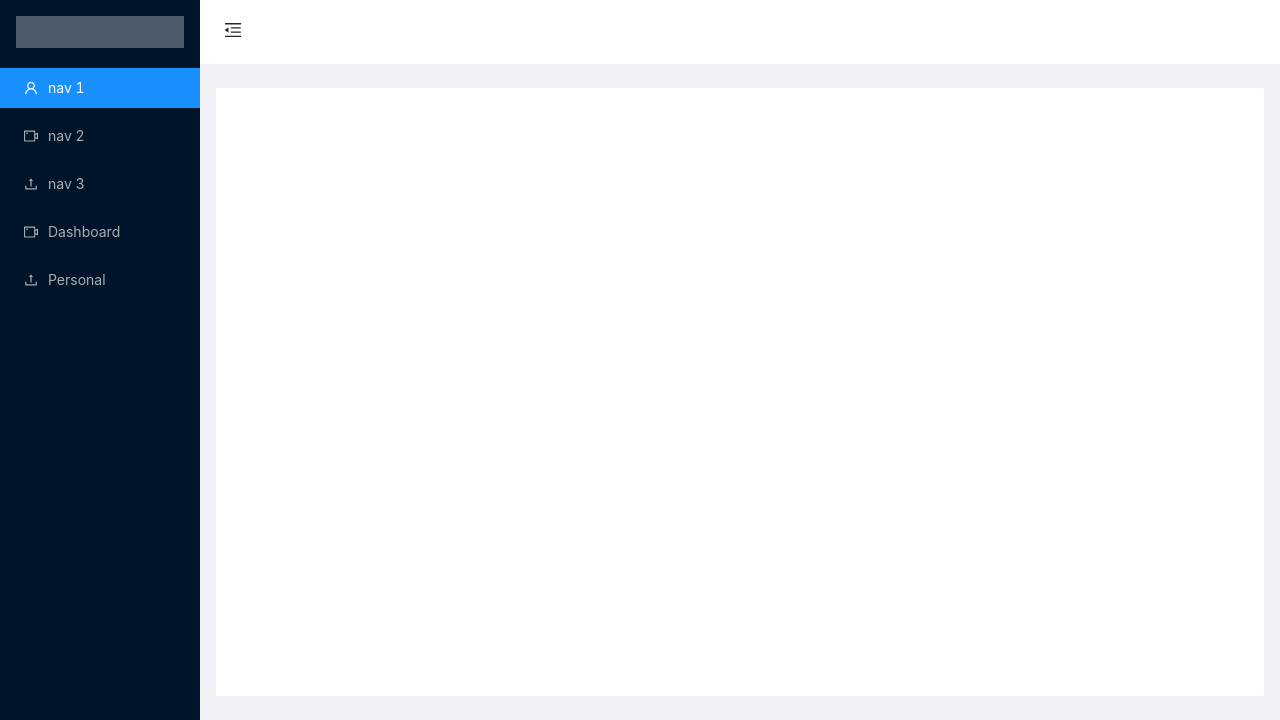
Repository: DallenCat/react-test
Page: /login
The author's editor kept a copy of each file at every save. The page is drawn from the files as they stood at one save, then again after the next save.
The browser window is 1280 px wide. The pictures show the whole page.
The project was rebuilt for these pictures with package versions that can differ from the ones it lists, and the page was loaded fresh each time. A package was used in the major version that the imports need, not the one package.json lists. Also part of the build but not shown: src/containers/dashboard/index.js, src/containers/personal/index.js.

Above is the page before, as saved 2021-10-27 16:08:08.

### src/App.js

import './App.css';
import Routes from './routes';
import { BrowserRouter as Router, Switch, Route } from 'react-router-dom';
import SiderDemo from "@/components/layout/index.js"
import { Component } from 'react';
class App extends Component {
  render() {
    let LayoutRouter = (props) => {
      return (
        <SiderDemo>
          <Routes />
        </SiderDemo>
      )
    }
    return (
      <Router>
        <Switch>
          <Route path="/" component={LayoutRouter} />
        </Switch>
      </Router>
    )
  }

}
// render(<Router routes={routes} />, document.body)
export default App;

### src/App.css
@import '~antd/dist/antd.css';

.App {
  text-align: center;
}

.App-logo {
  height: 40vmin;
  pointer-events: none;
}

@media (prefers-reduced-motion: no-preference) {
  .App-logo {
    animation: App-logo-spin infinite 20s linear;
  }
}

.App-header {
  background-color: #282c34;
  min-height: 100vh;
  display: flex;
  flex-direction: column;
  align-items: center;
  justify-content: center;
  font-size: calc(10px + 2vmin);
  color: white;
}

.App-link {
  color: #61dafb;
}

@keyframes App-logo-spin {
  from {
    transform: rotate(0deg);
  }

  to {
    transform: rotate(360deg);
  }
}

### src/routes/index.js
/*
 * @Descripttion:
 * @version:
 * @Author: dal
 * @Date: 2021-10-26 17:34:53
 * @LastEditors: dal
 * @LastEditTime: 2021-10-27 15:55:38
 */
import Dashboard from "@/containers/dashboard"
import Personal from "@/containers/personal"
import { Route, Switch, withRouter } from 'react-router-dom';

const routes = () => {
  return (
    <Switch>
      <Route exact path={"/dashboard"} component={Dashboard} />
      <Route exact path={"/personal"} component={Personal} />

    </Switch>
  )
}
export default withRouter(routes)

### src/components/layout/index.js
/*
 * @Descripttion:
 * @version:
 * @Author: dal
 * @Date: 2021-10-27 09:54:26
 * @LastEditors: dal
 * @LastEditTime: 2021-10-27 16:08:08
 */
import React from "react"
import { Layout, Menu } from 'antd';
// 首先我们需要导入一些组件...
import { Link } from 'react-router-dom'
import "./index.css"
import {
  MenuUnfoldOutlined,
  MenuFoldOutlined,
  UserOutlined,
  VideoCameraOutlined,
  UploadOutlined,
} from '@ant-design/icons';

const { Header, Sider, Content } = Layout;

class SiderDemo extends React.Component {
  state = {
    collapsed: false,
  };

  toggle = () => {
    this.setState({
      collapsed: !this.state.collapsed,
    });
  };
  // 组件挂载
  componentDidMount() {
    console.log(this.props);
  }
  render() {

    return (
      <Layout id="components-layout-demo-custom-trigger">
        <Sider trigger={null} collapsible collapsed={this.state.collapsed}>
          <div className="logo" />
          <Menu theme="dark" mode="inline" defaultSelectedKeys={['1']}>
            <Menu.Item key="1" icon={<UserOutlined />}>
              nav 1
            </Menu.Item>
            <Menu.Item key="2" icon={<VideoCameraOutlined />}>
              nav 2
            </Menu.Item>
            <Menu.Item key="3" icon={<UploadOutlined />}>
              nav 3
            </Menu.Item>
            <Menu.Item key="4" icon={<VideoCameraOutlined />}>
              <Link to="dashboard">Dashboard </Link>
            </Menu.Item>
            <Menu.Item key="5" icon={<UploadOutlined />}>
              <Link to="personal">Personal </Link>
            </Menu.Item>
          </Menu>

        </Sider>
        <Layout className="site-layout">
          <Header className="site-layout-background">
            {React.createElement(this.state.collapsed ? MenuUnfoldOutlined : MenuFoldOutlined, {
              className: 'trigger',
              onClick: this.toggle,
            })}
          </Header>
          <Content
            className="site-layout-background"
            style={{
              margin: '24px 16px',
              padding: 24,
              minHeight: 280,
            }}
          >
            {this.props.children || "Welcome to your Inbox"}
          </Content>
        </Layout>
      </Layout>
    );
  }
}

export default SiderDemo;

### src/components/layout/index.css
.ant-layout {
  height: 100vh;
}

.ant-layout-header {
  text-align: left;
  padding: 0;
}

#components-layout-demo-custom-trigger .trigger {
  padding: 0 24px;
  font-size: 18px;
  line-height: 64px;
  cursor: pointer;
  transition: color 0.3s;
}

#components-layout-demo-custom-trigger .trigger:hover {
  color: #1890ff;
}

#components-layout-demo-custom-trigger .logo {
  height: 32px;
  margin: 16px;
  background: rgba(255, 255, 255, 0.3);
}

.site-layout .site-layout-background {
  background: #fff;
}

Loaded but not shown: public/index.html (common file); src/index.js (common file); src/index.css (common file); src/reportWebVitals.js (common file)

After the next save:
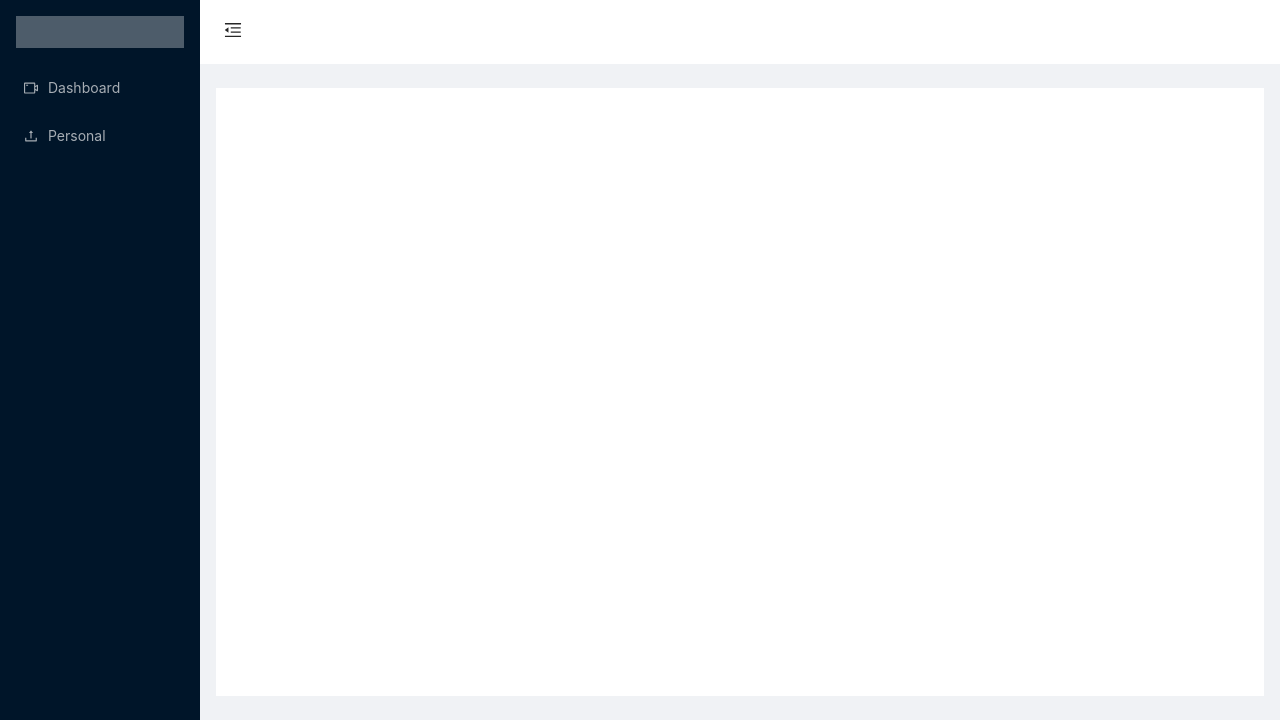
Saved 24 s later.
--- a/src/components/layout/index.js
+++ b/src/components/layout/index.js
@@ -42,15 +42,6 @@ class SiderDemo extends React.Component {
         <Sider trigger={null} collapsible collapsed={this.state.collapsed}>
           <div className="logo" />
           <Menu theme="dark" mode="inline" defaultSelectedKeys={['1']}>
-            <Menu.Item key="1" icon={<UserOutlined />}>
-              nav 1
-            </Menu.Item>
-            <Menu.Item key="2" icon={<VideoCameraOutlined />}>
-              nav 2
-            </Menu.Item>
-            <Menu.Item key="3" icon={<UploadOutlined />}>
-              nav 3
-            </Menu.Item>
             <Menu.Item key="4" icon={<VideoCameraOutlined />}>
               <Link to="dashboard">Dashboard </Link>
             </Menu.Item>
